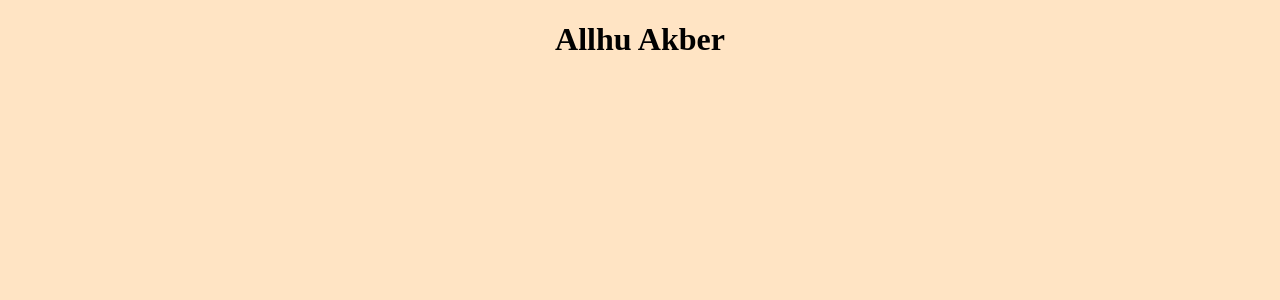
Repository: zjria/leader-board
Page: index.html
These files come from the project's save history. The page is drawn as it stood at one moment and after the next save; the edit follows.
The browser window is 1280 px wide. The pictures show the whole page.

Above is the page before, as saved 2022-09-03 07:55:01.

### index.html
<!DOCTYPE html>
<html lang="en">

<head>
    <meta charset="UTF-8">
    <meta http-equiv="X-UA-Compatible" content="IE=edge">
    <meta name="viewport" content="width=device-width, initial-scale=1.0">
    <title>leader-board</title>
    <!-- Custom CSS -->
    <link rel="stylesheet" href="/style/style.css">
</head>

<body>
    <h1>Allhu Akber</h1>
    <!-- Header Section -->
    <header>

    </header>
    <!-- Main Section -->
    <main>
        <section>
            <div class="top-players">
                <div class="players">

                </div>
            </div>
        </section>
    </main>
</body>

</html>

### style/style.css
body {
    border: 0px;
    margin: 0px;
    background-color: bisque;
}

h1 {
    display: flex;
    justify-content: center;
}

After the next save:
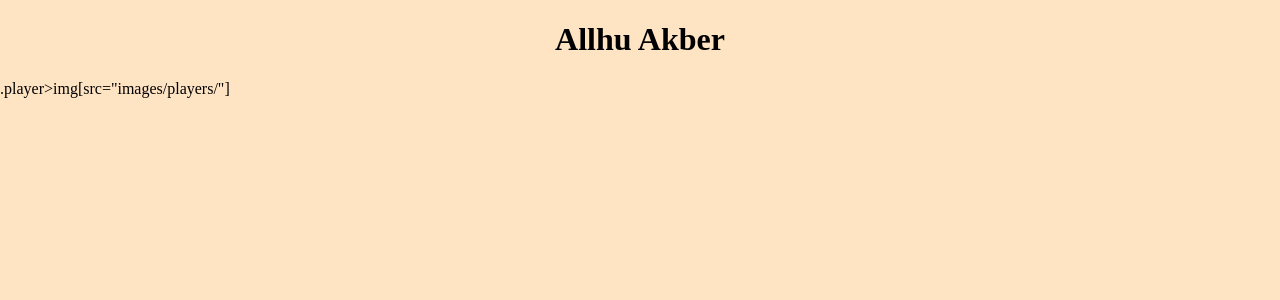
Saved 5 min 35 s later.
--- a/index.html
+++ b/index.html
@@ -21,7 +21,7 @@
         <section>
             <div class="top-players">
                 <div class="players">
-
+                    .player>img[src="images/players/"]
                 </div>
             </div>
         </section>
